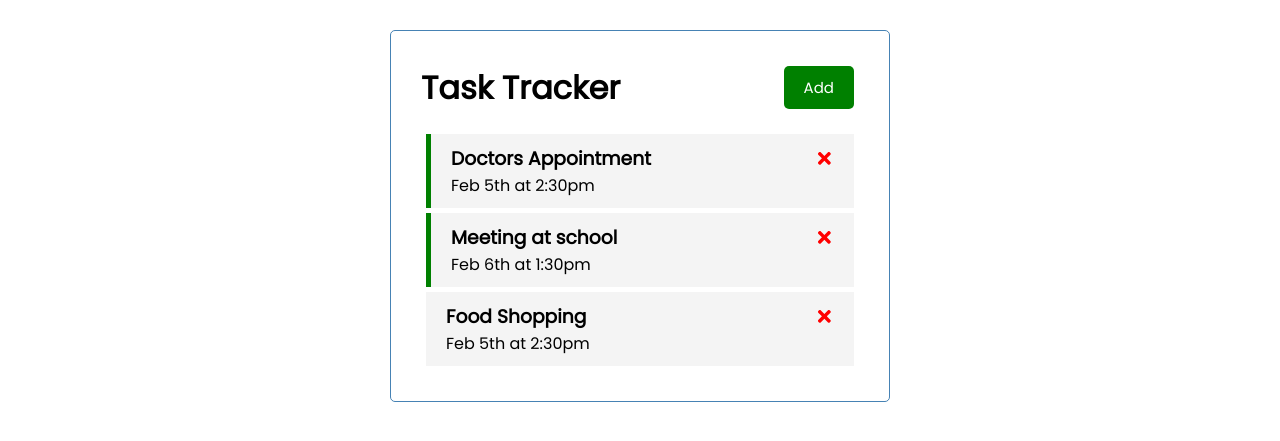
Repository: solutionsforeverything/React-task-tracker
Page: /
These files come from the project's save history. The page is drawn as it stood at one moment and after a run of saves; the edit follows.
The browser window is 1280 px wide. The pictures show the whole page.
The project was rebuilt for these pictures with package versions that can differ from the ones it lists, and the page was loaded fresh each time. Also part of the build but not shown: src/Components/AddTask.js.

Above is the page before, as saved 2021-02-26 16:33:27.

After the next 3 saves:
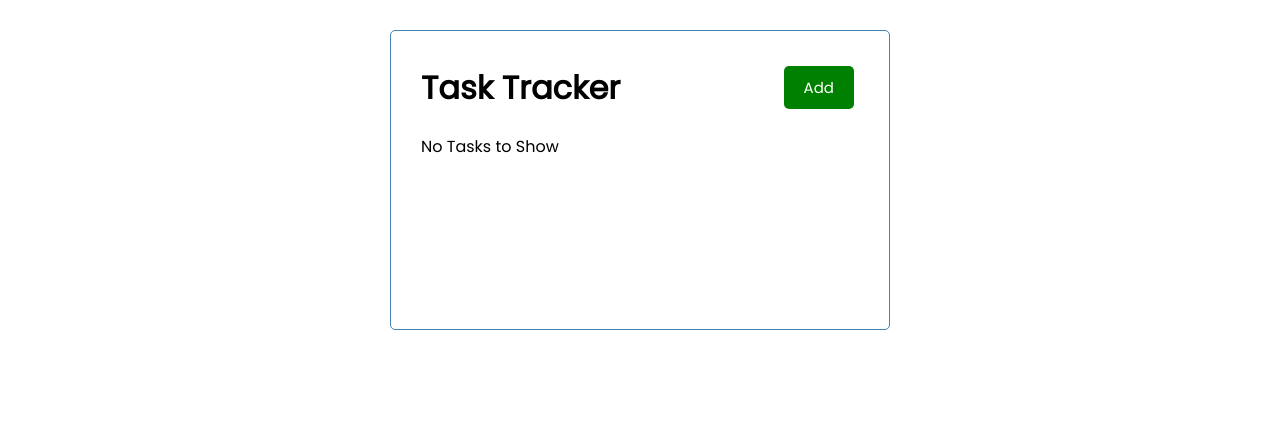
The 3 saves are shown as one change because they came seconds apart.
The last was saved 19 s later.
--- a/src/App.js
+++ b/src/App.js
@@ -5,26 +5,7 @@ import Header from './Components/Header';
 import Tasks from './Components/Tasks';
 function App() {
   const[ShowAddTask,setShowAddTask]=useState(false);
-  const [tasks,setTasks]=useState([
-    {
-       id:1,
-       text:'Doctors Appointment',
-       day:'Feb 5th at 2:30pm',
-       reminder:true,
-    },
-    {
-        id:2,
-        text:'Meeting at school',
-        day:'Feb 6th at 1:30pm',
-        reminder:true,
-     },
-     {
-        id:3,
-        text:'Food Shopping',
-        day:'Feb 5th at 2:30pm',
-        reminder:false,
-     },
-]);
+  const [tasks,setTasks]=useState([]);
 
 //Delete Task
 const deleteTask=(id)=>{
